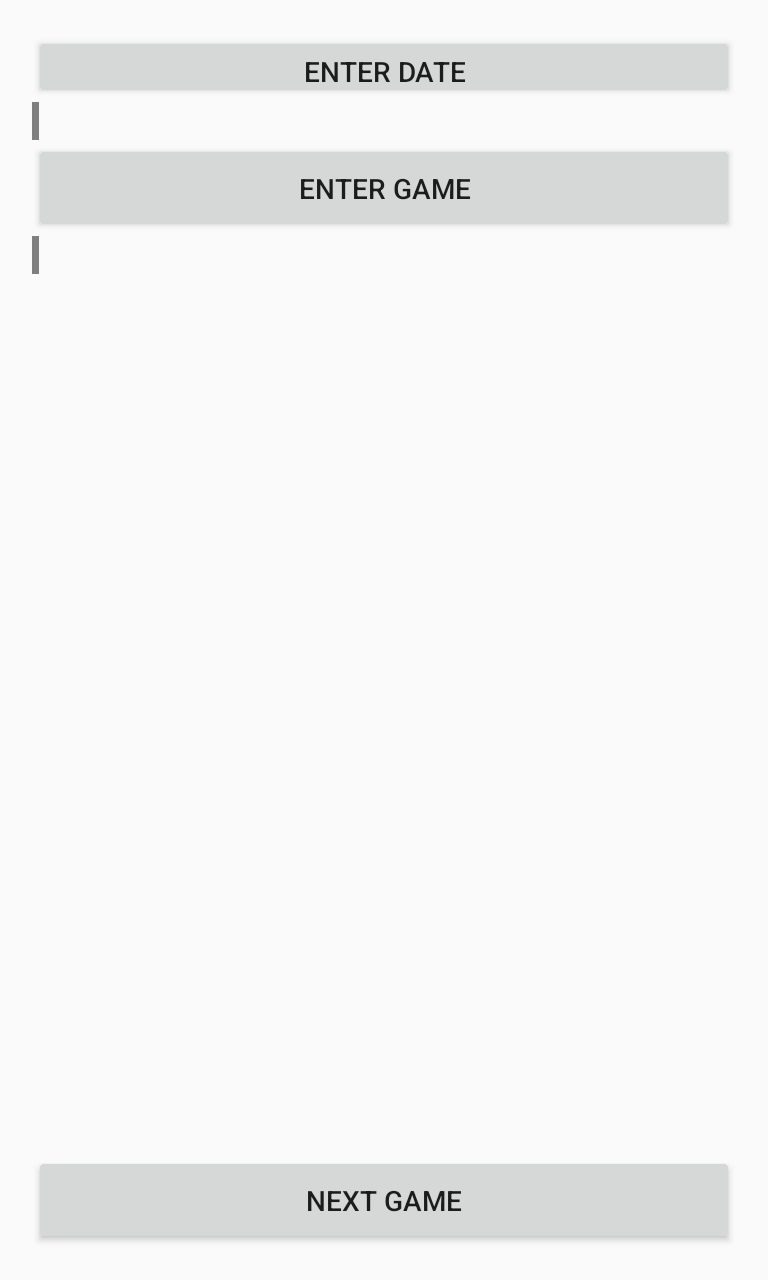
Repository: charlesweng/school
Layout: simpleandroidapps/GettingToKnowUIActivities/charleswengScoringProject/charleswengScoring/res/layout/activity_main.xml
These files come from the project's save history. The layout is drawn as it stood at one moment and after the next save; the edit follows.
Pictures or frames that could not be fetched are drawn as grey boxes. It is drawn on a 768 x 1280 px phone screen (xhdpi) without system bars, with theme AppTheme; the app's code is not run.

Above is the layout before, as saved 2014-04-28 06:50:23.

After the next save:
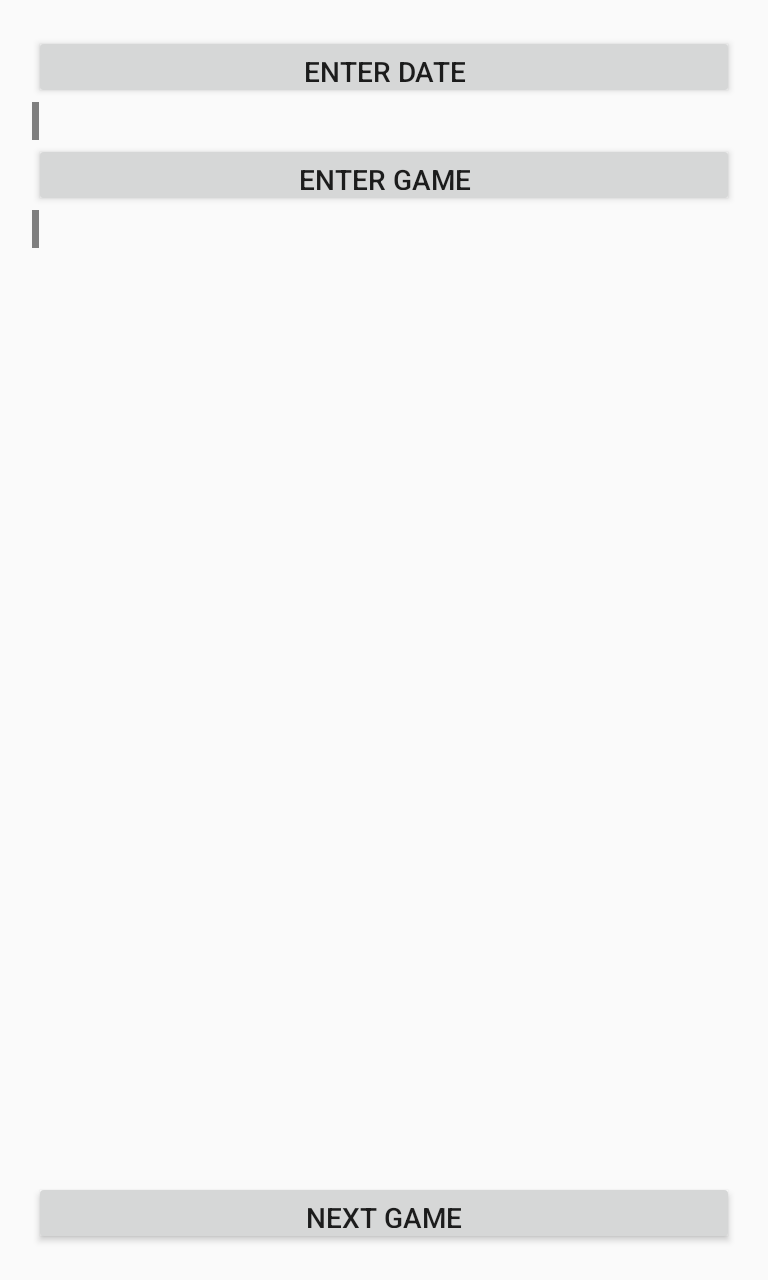
Saved 39 s later.
--- a/simpleandroidapps/GettingToKnowUIActivities/charleswengScoringProject/charleswengScoring/res/layout/activity_main.xml
+++ b/simpleandroidapps/GettingToKnowUIActivities/charleswengScoringProject/charleswengScoring/res/layout/activity_main.xml
@@ -31,9 +31,9 @@
     <Button
         android:id="@+id/gamebutton"
         android:layout_width="fill_parent"
-        android:layout_height="wrap_content"
+        android:layout_height="35dp"
+        android:layout_below="@+id/fragment_date"
         android:onClick="clickGame"
-        android:layout_below="@+id/fragment_date"
         android:text="@string/enter_game" />
 
     <fragment
@@ -47,7 +47,7 @@
     <Button
         android:id="@+id/nextbutton"
         android:layout_width="fill_parent"
-        android:layout_height="wrap_content"
+        android:layout_height="35dp"
         android:layout_alignParentBottom="true"
         android:layout_centerHorizontal="true"
         android:onClick="clickNext"
